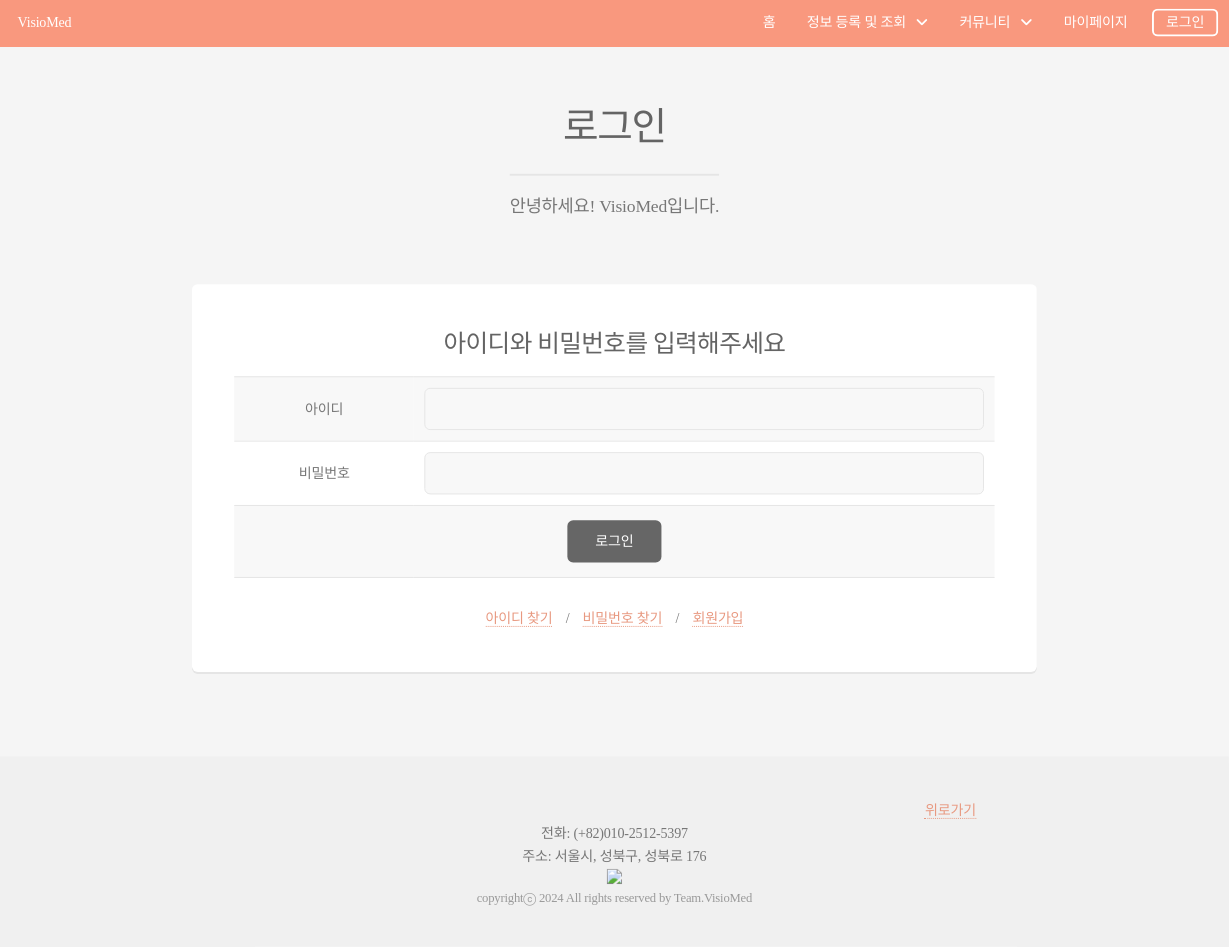
Repository: Jeffrey-Moon/visiomed
Page: http://localhost/Project_VisioMed/Login.jsp
An editor plug-in stored every save of this project. The page is shown before and after the next save, followed by the edit.
The browser window is 1280 px wide. The pictures show the whole page, at 96% of full size.
Some web fonts or font styles are not loaded; a fallback is used. Some web libraries are served in a nearby version. The page is served by Tomcat 9. Other server files are loaded and not shown.

Above is the page before, as saved 2024-07-20 06:11:18.
Console error: SyntaxError: Unexpected token '<'

### Project_VisioMed/Project_VisioMed/src/main/webapp/Login.jsp
<%@page import="Model.UserDTO"%>
<%@ page language="java" contentType="text/html; charset=utf-8"
	pageEncoding="utf-8"%>
<% response.setStatus(HttpServletResponse.SC_OK);%>
<!DOCTYPE html>
<html>
<head>
<title>로그인</title>
<meta charset="utf-8" />
<meta name="viewport"
	content="width=device-width, initial-scale=1, user-scalable=no" />
<script src="assets/js/jquery-3.6.0.min.js"></script>
<link rel="stylesheet" href="assets/css/main.css" />
<link rel="stylesheet" href="assets/css/style.css" />

<style>
@font-face {
    font-family: 'GangwonEdu_OTFBoldA';
    src: url('https://cdn.jsdelivr.net/gh/projectnoonnu/noonfonts_2201-2@1.0/GangwonEdu_OTFBoldA.woff') format('woff');
    font-weight: normal;
    font-style: normal;
}
</style>

</head>
<body class="is-preload" style="font-family: 'GangwonEdu_OTFBoldA';">


	<div id="page-wrapper">

		<!-- Header -->
		<%@ include file="./header.jsp" %>


		<!-- Main -->
		<section id="main" class="container">
			<header>
				<h2>로그인</h2>
				<p>안녕하세요! VisioMed입니다.</p>
			</header>
			<div class="box">

					<table>
						<thead>
							<h3 align="center">아이디와 비밀번호를 입력해주세요</h3>
						</thead>

						<tbody>
							<tr>
								<td align="center">아이디</td>
								<td><input type="text" name="user_id"></td>
							</tr>
							<tr>
								<td align="center">비밀번호</td>
								<td><input type="password" name="user_pw"></td>
							</tr>

							<!-- <tr align="center">
								<td colspan="2">
								<div class="col-6 col-12-narrower">
									<input type="checkbox" id="keep_login" name="keep_login">
									<label for="keep_login">로그인 상태 유지</label>
								</div>
								</td>
							</tr> -->

							<tr align="center">
								<td colspan="2">
									<input type="button" class="button" onclick="login()" value="로그인"><br>
									<!-- 로그인 에러 메세지 출력 -->
									<span class="error_msg" style="color:red; font-size:small;">
									</span>
								</td>
							</tr>

						</tbody>
					</table>
					<div align="center">
						<a href="#">아이디 찾기</a> &nbsp;&nbsp;
						/ &nbsp;&nbsp; <a href="edit_pw.jsp">비밀번호 찾기</a> &nbsp;&nbsp;
						/ &nbsp;&nbsp; <a href="Join.jsp">회원가입</a>

					</div>
			</div>
		</section>


		<!-- Footer -->
		<%@ include file="./footer.jsp" %>

	</div>

	<!-- Scripts -->
	<script type="text/javascript">
		function login() {
			$.ajax({
				url : "LoginServiceCon.do",
				type : "post",
				data : {
					user_id : $('input[name=user_id]').val(),
					user_pw : $('input[name=user_pw]').val()
				},
				dataType : "text",
				success : function(res) {
					if(res == 1){
						// 로그인 성공
						window.location.href="Index.jsp";
					}else {
						// 로그인 실패
						$('.error_msg').html('아이디 또는 비밀번호를 잘못 입력했습니다.<br>'
								+ '입력하신 내용을 다시 확인해주세요.');
					}
				},
				error : function(){
					alert('실패');
				}
			});
		}


	</script>


	<script src="assets/js/jquery.min.js"></script>
	<script src="assets/js/jquery.dropotron.min.js"></script>
	<script src="assets/js/jquery.scrollex.min.js"></script>
	<script src="assets/js/browser.min.js"></script>
	<script src="assets/js/breakpoints.min.js"></script>
	<script src="assets/js/util.js"></script>
	<script src="assets/js/main.js"></script>
	<script src="assets/js/bootstrap.js"></script>
	<script src="assets/js/bootstrap.min.js"></script>

	<!-- awesome font -->
	<script src="https://kit.fontawesome.com/8b21a455c5.js" crossorigin="anonymous"></script>

</body>
</html>

### Project_VisioMed/Project_VisioMed/src/main/webapp/header.jsp
<%@page import="Model.UserDTO"%>
<%@ page language="java" contentType="text/html; charset=utf-8"
	pageEncoding="utf-8"%>
<!DOCTYPE html>
<html>
<head>
<meta charset="utf-8" />
<meta name="viewport"
	content="width=device-width, initial-scale=1, user-scalable=no" />
<script src="assets/js/jquery-3.6.0.min.js"></script>
<link rel="stylesheet" href="assets/css/main.css" />
<link rel="stylesheet" href="assets/css/style.css" />
<link rel="stylesheet" href="assets/css/toggle.css">

<title>header</title>
</head>
<body>

	<%
		UserDTO udto = (UserDTO)session.getAttribute("udto");
	%>

	<!-- Header -->
		<header id="header">
			<h1 style="color:white;">
				<a href="Index.jsp">VisioMed&nbsp;&nbsp;</a>
			</h1>
			<nav id="nav">
				<ul>
					<li><a href="Index.jsp">홈</a></li>
					<li><a href="select_handi.jsp">정보 등록 및 조회&nbsp;&nbsp;&nbsp;<i
							class='icon solid fa fa-angle-down'></i>
					</a>
						<ul>
							<li><a href="reg_handi.jsp">회원 정보 등록</a></li>
						</ul></li>
					<li class='sub-menu'><a href="#">커뮤니티&nbsp;&nbsp;&nbsp;<i
							class='fa fa-angle-down'></i></a>
						<ul>
							<li><a href="qnaMain.jsp">문의하기</a></li>
							<li><a href="storyMain.jsp">정보 공유</a></li>
						</ul></li>
					<li class='sub-menu'><a href="Mypage.jsp">마이페이지</a></li>

					<% if(udto != null){ %>
						<li><a href="LogoutServiceCon.do" class="button" style="color: black;">로그아웃</a></li>
					<%} else{%>
						<li><a href="Login.jsp" class="button" >로그인</a></li>
					<%} %>

				</ul>
			</nav>
		</header>


</body>
</html>

### Project_VisioMed/Project_VisioMed/src/main/webapp/footer.jsp
<%@page import="Model.UserDTO"%>
<%@ page language="java" contentType="text/html; charset=utf-8"
	pageEncoding="utf-8"%>
<!DOCTYPE html>
<html>
<head>
<meta charset="utf-8" />
<meta name="viewport"
	content="width=device-width, initial-scale=1, user-scalable=no" />
<script src="assets/js/jquery-3.6.0.min.js"></script>
<link rel="stylesheet" href="assets/css/main.css" />
<link rel="stylesheet" href="assets/css/style.css" />
<link rel="stylesheet" href="assets/css/toggle.css">

<title>footer</title>
</head>
<body>
	<footer id="footer" style="padding:3em 0 3em 0;">
  		<div class="inner">
  		<a href="#" class="page-top" style="position: relative;left:350px;">위로가기</a>
  		<p style="margin:0 0 0 0;">전화: (+82)010-2512-5397</p>
  		<p style="margin:0 0 0 0;">주소: 서울시, 성북구, 성북로 176</p>
  		<span><img src="images/logo.png" style="width:100px;"></span><br>
  			<p class="copyright" style="margin:0 0 0 0;">copyrightⓒ 2024 All rights reserved by Team.VisioMed</p>
		</div>
  	</footer>
</body>
</html>

### Project_VisioMed/Project_VisioMed/src/main/webapp/404errorPage.jsp
<%@ page language="java" contentType="text/html; charset=UTF-8"
    pageEncoding="UTF-8"%>
<!DOCTYPE html>
<%  response.setStatus(HttpServletResponse.SC_OK); %>
<html>
<head>
<meta charset="UTF-8">
<title>404 에러 페이지</title>
</head>
<body>
	<h3>요청하신 페이지는 존재하지 않습니다.</h3>
	<h4>- Dr.Boksun</h4>
	<button><a href="Index.jsp">메인으로 이동</a></button>
	<br>초기화면으로 돌아갑니다.
</body>
</html>

### Project_VisioMed/Project_VisioMed/src/main/webapp/assets/css/toggle.css
@charset "UTF-8";

/* 슬라이더 외부를 감싸는 라벨에 대한 스타일 */
.switch {
    position: relative;
    display: inline-block;
    width: 60px;
    height: 34px;
}

/* html 기본 체크박스 숨기기 */
.switch input {
    opacity: 0;
    width: 0;
    height: 0;
}

/* 슬라이더 - 실제로 토글될 부분 */
.slider {
    position: absolute;
    cursor: pointer;
    top: 0;
    left: 0;
    right: 0;
    bottom: 0;
    background-color: #ccc;
    -webkit-transition: .4s;
    transition: .4s;
}

.slider:before {
    position: absolute;
    content: "";
    height: 26px;
    width: 26px;
    left: 4px;
    bottom: 4px;
    background-color: white;
    -webkit-transition: .4s;
    transition: .4s;
}

input:checked + .slider {
    background-color: #2196f3;
}

input:focus + .slider {
    box-shadow: 0 0 1px #2196f3;
}

input:checked + .slider:before {
    -webkit-transform: translateX(26px);
    -ms-transform: translateX(26px);
    transform: translateX(26px);
}

/* 슬라이더를 동그랗게 보여주기 위한 부분 */
.slider.round {
    border-radius: 34px;
}

.slider.round:before {
    border-radius: 50%;
}

Loaded but not shown: Project_VisioMed/Project_VisioMed/src/main/webapp/assets/css/main.css (3905 lines, source omitted)

After the next save:
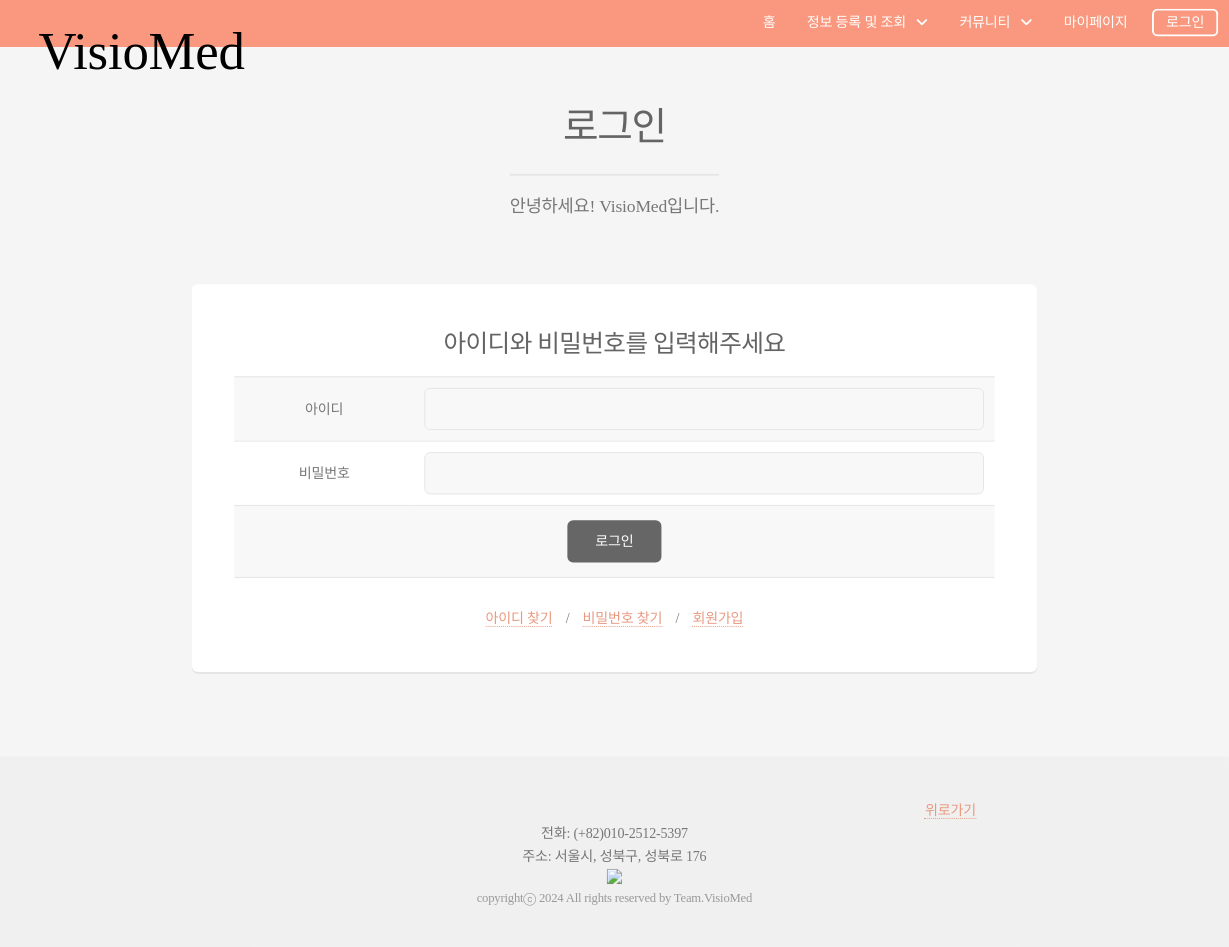
Saved 111 s later.
--- a/Project_VisioMed/Project_VisioMed/src/main/webapp/header.jsp
+++ b/Project_VisioMed/Project_VisioMed/src/main/webapp/header.jsp
@@ -22,8 +22,8 @@
 
 	<!-- Header -->
 		<header id="header">
-			<h1 style="color:white;">
-				<a href="Index.jsp">VisioMed&nbsp;&nbsp;</a>
+			<h1 style="color: black;font-size:xx-large;top:30px;">
+				<a href="Index.jsp" style="color: black;font-size:55px;">VisioMed&nbsp;&nbsp;</a>
 			</h1>
 			<nav id="nav">
 				<ul>
